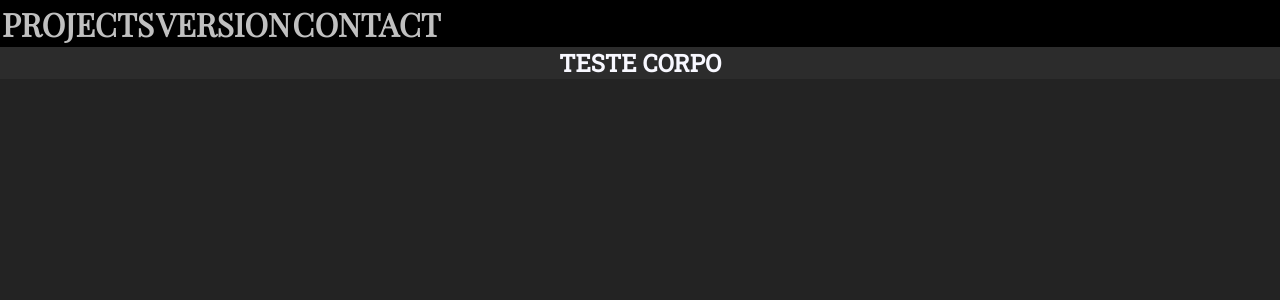
Repository: danieltrancozo/danieltrancozo.github.io
Page: index.html
These files come from the project's save history. The page is drawn as it stood at one moment and after the next save; the edit follows.
The browser window is 1280 px wide. The pictures show the whole page.

Above is the page before, as saved 2021-05-04 22:56:31.

### index.html
<!DOCTYPE html>
<meta charset="UFT-8">
<meta name="lenguage" content="pt-br">
<meta name="autor" content="Daniel Trancozo Vianna">
<meta name="description" content="Portifolio de Desenvolvedor Web">
<meta name="keywords" content="HTML, CSS, JS, web development, portifolio">
<html>

<head>
    <title>Minha P&aacutegina</title>
    <link rel="stylesheet" type="text/css" href="css/estilo3.css">
    <link rel="preconnect" href="https://fonts.gstatic.com">
    <link href="https://fonts.googleapis.com/css2?family=Playfair+Display&family=Roboto+Slab&display=swap" rel="stylesheet">
    <script>
    </script>
</head>
<body>
    <div class="container">
        <div class="cab">
            <h1 style="text-transform: uppercase;">
                <table class="menu">
                    <tr>
                        <td>projects</td>
                        <td>version</td>
                        <td>contact</td>
                    </tr>
                </table>
            </h1>
        </div>
        <div class="corp">
            <h2 style="text-transform: uppercase;">teste corpo</h2>
        </div>
    </div>
    <div class="t2"></div>
</body>
</html>

### css/estilo3.css
@import url('https://fonts.googleapis.com/css2?family=Playfair+Display&family=Roboto+Slab&display=swap');
* {
    margin: 0;
    padding: 0;
}
body{
    background-color: rgba(0, 0, 0, 0.863);
    color: antiquewhite;
    text-align: center;
}
.container{
    background-color: transparent;
    display: flex;
    flex-direction: column;
}
.cab{
    background-color: black;
    color: silver;
    font-family: 'Playfair Display', serif;
    height: 10%;
}
.corp{
    background-color: rgb(44, 44, 44);
    color: ghostwhite;
    font-family: 'Roboto Slab', serif;
    height: 90%;
}
.t2{
    background-color: transparent;
    width: 100%;
    height: 100%;
    visibility: hidden;
}
.manu{
    width:100%;
    text-align: center;
    border-color: transparent;
}
td{
    padding: auto;
}

After the next save:
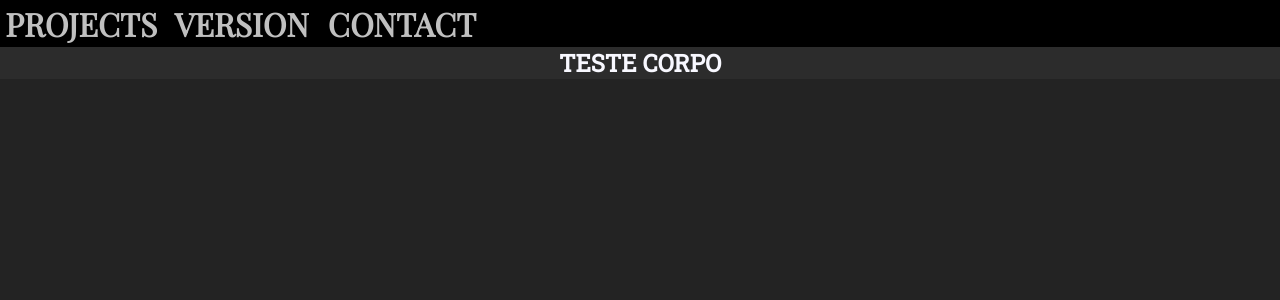
Saved 27 s later.
--- a/css/estilo3.css
+++ b/css/estilo3.css
@@ -37,5 +37,5 @@ body{
     border-color: transparent;
 }
 td{
-    padding: auto;
+    width: 32%;
 }
